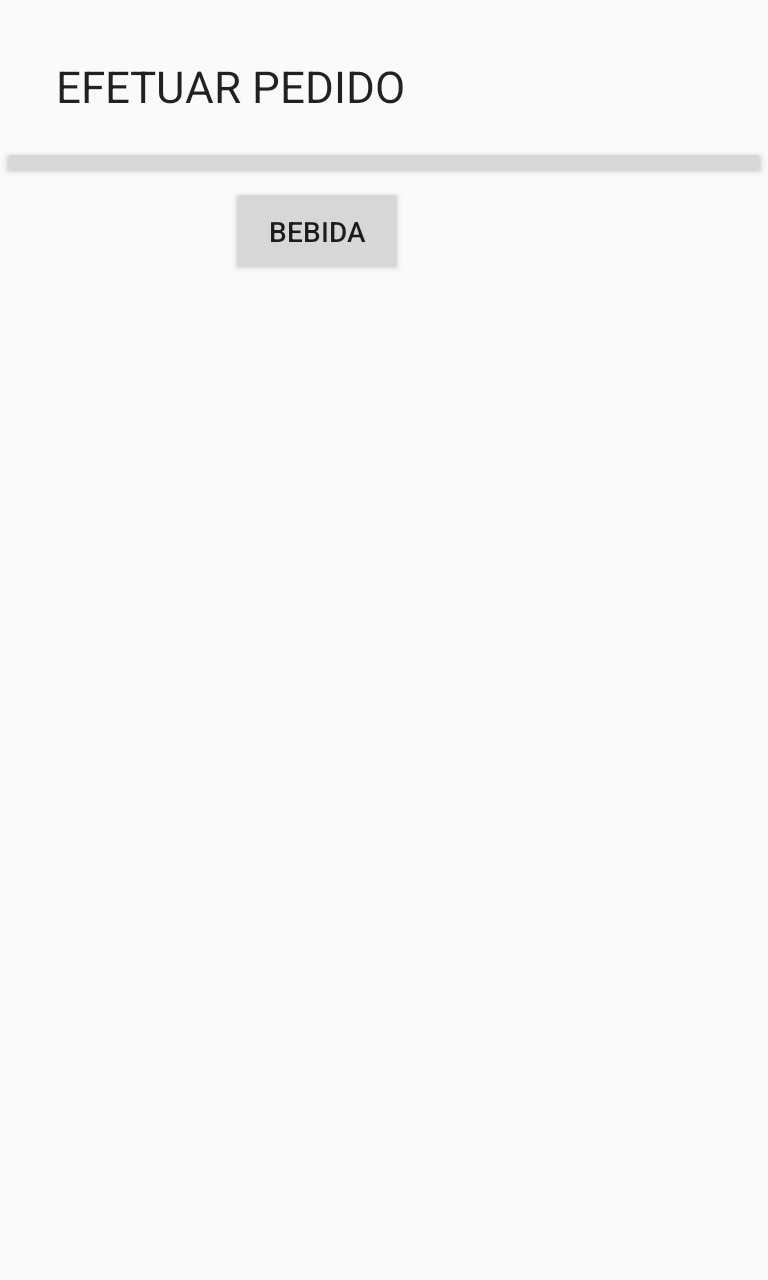
Repository: LucasSampaio/SysPizza-PSI
Layout: CodigoFonte/MOBILE/SysPizza/res/layout/activity_efetuar_pedido.xml
The author's editor kept a copy of each file at every save. The layout is drawn from the files as they stood at one save, then again after the next save.
It is drawn on a 768 x 1280 px phone screen (xhdpi) without system bars, with theme AppTheme; the app's code is not run.

Above is the layout before, as saved 2014-09-25 13:04:37.

### CodigoFonte/MOBILE/SysPizza/res/layout/activity_efetuar_pedido.xml
<?xml version="1.0" encoding="utf-8"?>
<RelativeLayout xmlns:android="http://schemas.android.com/apk/res/android"
    android:layout_width="match_parent"
    android:layout_height="match_parent"
    android:orientation="vertical" >

    <TextView
        android:id="@+id/textView1"
        android:layout_width="wrap_content"
        android:layout_height="wrap_content"
        android:layout_alignParentLeft="true"
        android:layout_alignParentTop="true"
        android:layout_marginLeft="28dp"
        android:layout_marginTop="28dp"
        android:text="EFETUAR PEDIDO"
        android:textAppearance="?android:attr/textAppearanceLarge" />

    <Button
        android:id="@+id/button1"
        android:layout_width="fill_parent"
        android:layout_height="20dp"
        android:layout_below="@+id/textView1"
        android:layout_centerHorizontal="true"
        android:layout_marginTop="14dp"
        android:text="Pizza" />

    <Button
        android:id="@+id/button2"
        android:layout_width="wrap_content"
        android:layout_height="wrap_content"
        android:layout_alignRight="@+id/textView1"
        android:layout_below="@+id/button1"
        android:text="Bebida" />

</RelativeLayout>

Loaded but not shown: CodigoFonte/MOBILE/SysPizza/res/values/styles.xml (common file); CodigoFonte/MOBILE/SysPizza/res/values-v11/styles.xml (common file); CodigoFonte/MOBILE/SysPizza/res/values-v14/styles.xml (common file)

After the next save:
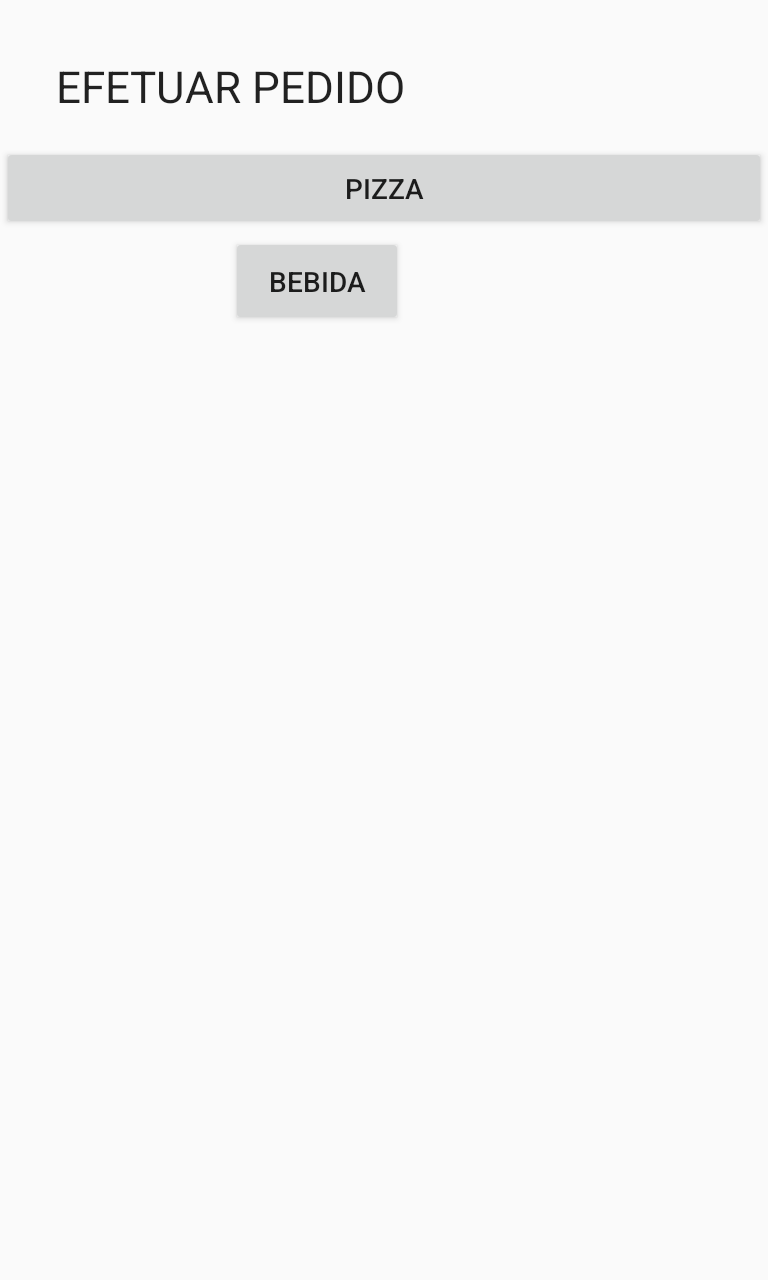
Saved 6 s later.
--- a/CodigoFonte/MOBILE/SysPizza/res/layout/activity_efetuar_pedido.xml
+++ b/CodigoFonte/MOBILE/SysPizza/res/layout/activity_efetuar_pedido.xml
@@ -18,7 +18,7 @@
     <Button
         android:id="@+id/button1"
         android:layout_width="fill_parent"
-        android:layout_height="20dp"
+        android:layout_height="45dp"
         android:layout_below="@+id/textView1"
         android:layout_centerHorizontal="true"
         android:layout_marginTop="14dp"
